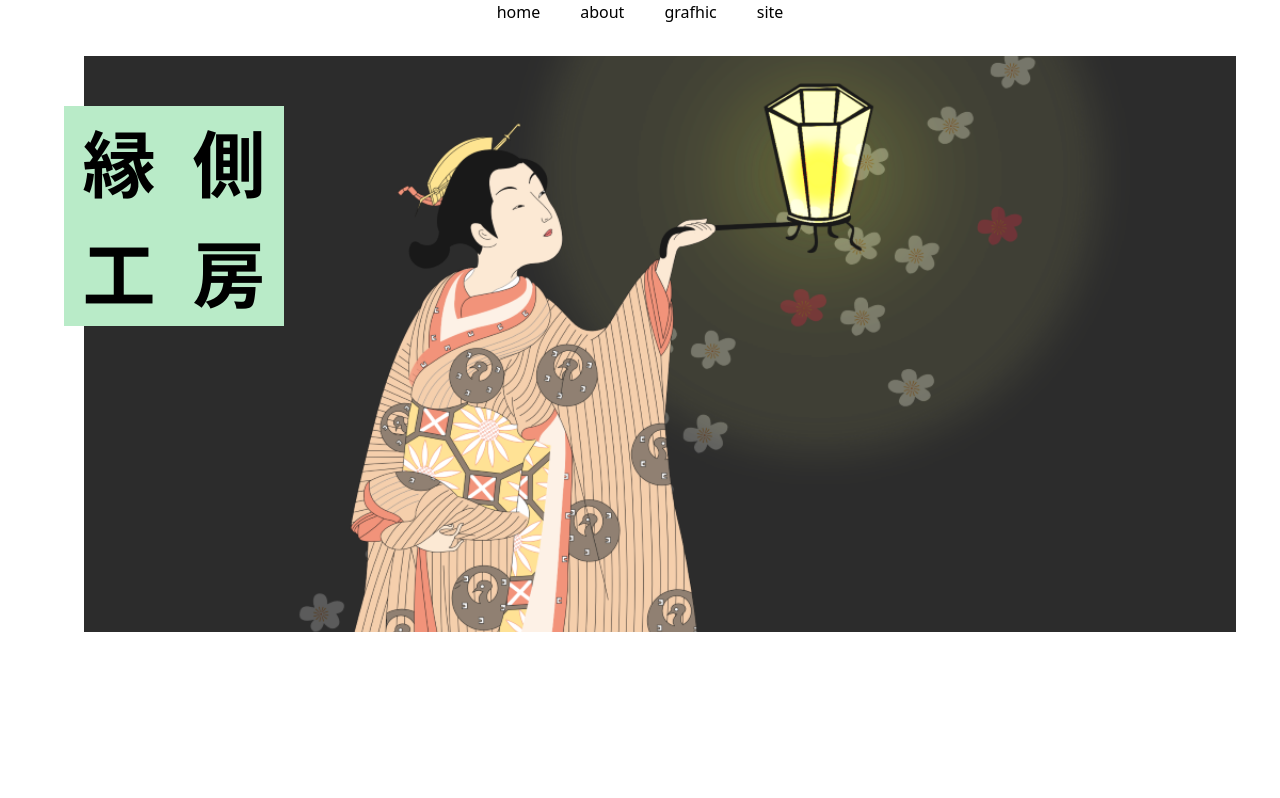
Repository: satoshi-create/next-express
Page: / (app in frontend/)
An editor plug-in stored every save of this project. The page is shown before and after the next save, followed by the edit.
The browser window is 1280 px wide. The pictures show the whole page.
The project was rebuilt for these pictures with package versions that can differ from the ones it lists, and the page was loaded fresh each time. The framework's server and built-in components were replaced by stand-ins that run in the browser. Also part of the build but not shown: frontend/next.config.js, frontend/next.config.mjs.

Above is the page before, as saved 2024-02-16 11:44:09.

### frontend/app/layout.tsx
import type { Metadata } from "next";
// import { Inter, Montserrat } from "next/font/google";
import "@/app/globals.css";
import Header from "@/app/ui/header";
import Footer from "@/app/ui/footer";

// const inter = Inter({ subsets: ["latin"] });

// const montserrat = Montserrat({ subsets: ["latin"] });

export const metadata: Metadata = {
  title: "Create Next App",
  description: "Generated by create next app",
};

export default function RootLayout({
  children,
}: Readonly<{
  children: React.ReactNode;
}>) {
  return (
    <html lang="ja">
      <body>
        <Header />
        {children}
        {/* <Footer /> */}
      </body>
    </html>
  );
}

### frontend/app/page.tsx
"use client";
import React, { useState, useEffect } from "react";
import Hero from "@/app/ui/hero";
import About from "@/app/ui/about";
import Cardwrpper from "@/app/ui/cardwrpper";
import axios from "axios";

interface User {
  id: number;
  name: string;
  email: string;
}

export default function Page() {
  // const apiUrl = process.env.NEXT_PUBLIC_API_URL || "http://localhost:4000";
  // const [users, setUsers] = useState<User[]>([]);
  // const [loading, setIsLoading] = useState(false);

  // console.log(loading);

  //fetch users
  // useEffect(() => {
  //   const fetchData = async () => {
  //     try {
  //       const response = await axios.get(`${apiUrl}/users`);
  //       setUsers(response.data.reverse());
  //     } catch (error) {
  //       console.error("Error fetching data:", error);
  //     }
  //   };

  //   fetchData();
  //   setIsLoading(true);
  // }, []);

  return (
    <main>
      {/* <p>test docker</p> */}
      <Hero />
      {/* <About /> */}
      {/* {loading ? (
        users.map((user, index) => {
          return <p key={index}>{user.name}</p>;
        })
      ) : (
        <div>loading...</div>
      )} */}
      {/* <Cardwrpper /> */}
    </main>
  );
}

### frontend/app/globals.css
@tailwind base;
@tailwind components;
@tailwind utilities;

:root {
  --transition: all 0.3s linear;
  --transition-slow: all 0.5s linear;
  --overlay: rgba(0, 0, 0, 0.72);
  --white: #fff;
  --black: #141414;
  --grey-02: #9f9f9f;
  --grey-01: #d8d8d8;
  --accent-clr-01: #ff9692;
  --accent-clr-02: #fff1f0;
  --accent-clr-03: #fd3a33;
  --primary-green-01: #7fbe92;
  --primary-green-02: #b9ebc8;
  --primary-green-03: #e5ffed;
  --primary-green-04: #f1fff5;
  --primary-green-05: #fff6f2;
  --primary-blue-01: #9ad7e3;
  --primary-blue-02: #e3f7fb;
}

body {
}

.parts-grid {
  display: grid;
  grid-template-columns: 1fr min(calc(100vw - (5vw * 2)), 1200px) 1fr;
}

.parts-grid > * {
  grid-column: 2;
}

header {
  font-family: var(--font-montserrat);
}

.hero-grid {
  display: grid;
  grid-template-areas: "A B C" "D E F" "G H J" "K L M";
  grid-template-rows: 50px repeat(3, 1fr);
  grid-template-columns: 30px repeat(2, 1fr);
}
.hero-logo {
  grid-area: D;
}

### frontend/app/ui/header.tsx
import Link from "next/link";
export default function Header() {
  return (
    <ul className="flex gap-10 text-center justify-center">
      <li>
        <Link href="/">home</Link>
      </li>
      <li>
        <Link href="about">about</Link>
      </li>
      <li>
        <Link href="grafhic">grafhic</Link>
      </li>
      <li>
        <Link href="site">site</Link>
      </li>
    </ul>
  );
}

### frontend/app/ui/hero.tsx
import Link from "next/link";
import Image from "next/image";
import { Noto_Sans_JP } from "next/font/google";

const notosansjp = Noto_Sans_JP({ subsets: ["latin"] });

export default function Hero() {
  return (
    <section className={`parts-grid py-8`}>
      <div className="hero-grid">
        <figure
          style={{ position: "relative", width: "100%", height: "80vh" }}
          className="row-span-full col-span-full ml-5 opacity-90"
        >
          <Image
            src="/yorunoume.png"
            layout="fill"
            objectFit="cover"
            alt="hero image"
          />
        </figure>
        <div
          className={`grid hero-logo grid-cols-2 place-items-center z-10  bg-primary-green-02 w-herologo h-herologo ${notosansjp.className} text-herologo font-bold relative`}
        >
          <h1>縁</h1>
          <h1>側</h1>
          <h1>工</h1>
          <h1>房</h1>
          <div className="absolute bottom--6 right--6">
            <div className="w-herobar h-herobar bg-primary-green-02 "></div>
            <div className="w-herobar h-herobar bg-primary-green-02"></div>
          </div>
        </div>
      </div>
    </section>
  );
}

### frontend/tailwind.config.ts
import type { Config } from "tailwindcss";

const config: Config = {
  content: [
    "./pages/**/*.{js,ts,jsx,tsx,mdx}",
    "./components/**/*.{js,ts,jsx,tsx,mdx}",
    "./app/**/*.{js,ts,jsx,tsx,mdx}",
  ],
  theme: {
    extend: {
      fontSize: {
        headertitle: "clamp(1.25rem,.8889rem + 1.5408vw,1.875rem)",
        navtext: "clamp(1rem,.25rem + 1.5625vw,1.25rem)",
        herologo: "clamp(3.4375rem,2.7875rem + 2.7735vw,4.5625rem)",
      },
      width: {
        herologo: "clamp(10.3125rem,8.3263rem + 8.4746vw,13.75rem)",
        herobar: "clamp(4.875rem,3.9361rem + 4.0062vw,6.5rem)",
      },
      height: {
        herologo: "clamp(10.3125rem,8.3263rem + 8.4746vw,13.75rem)",
        herobar: "clamp(.625rem,.4444rem + .7704vw,.9375rem)",
      },
      colors: {
        "accent-clr-01": "var(--accent-clr-01)",
        "accent-clr-02": "var(--accent-clr-02)",
        "accent-clr-03": "var(--accent-clr-03)",
        "primary-green-01": "var(--primary-green-01)",
        "primary-green-02": "var(--primary-green-02)",
        "primary-green-03": "var(--primary-green-04)",
        "primary-green-04": "var(--primary-green-04)",
        "primary-green-05": "var(--primary-green-05)",
        "primary-blue-01": "var(----primary-blue-01)",
        "primary-blue-02": "var(----primary-blue-02)",
      },
    },
  },
  plugins: [],
};
export default config;

After the next save:
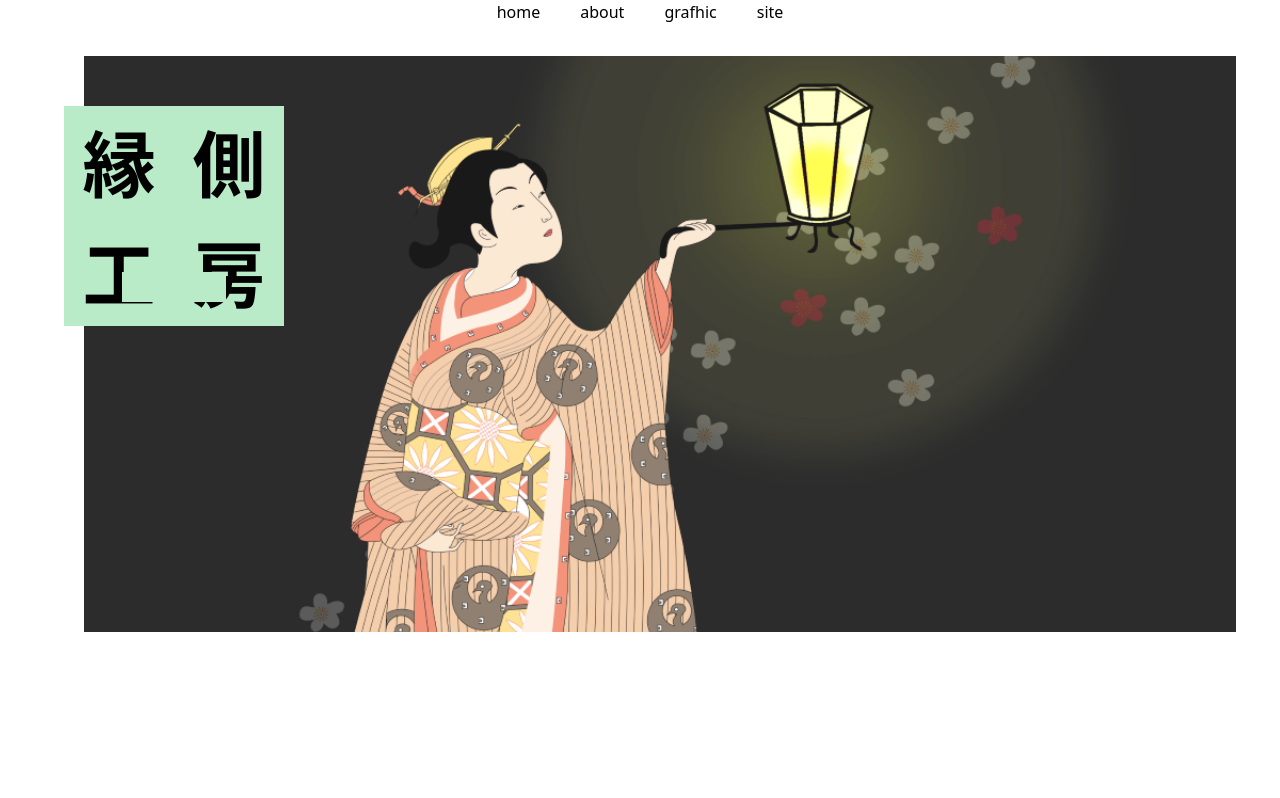
Saved 51 s later.
--- a/frontend/app/ui/hero.tsx
+++ b/frontend/app/ui/hero.tsx
@@ -26,7 +26,7 @@
           <h1>側</h1>
           <h1>工</h1>
           <h1>房</h1>
-          <div className="absolute bottom--6 right--6">
+          <div className="absolute bottom-6 right--6">
             <div className="w-herobar h-herobar bg-primary-green-02 "></div>
             <div className="w-herobar h-herobar bg-primary-green-02"></div>
           </div>

After the 2 saves that followed:
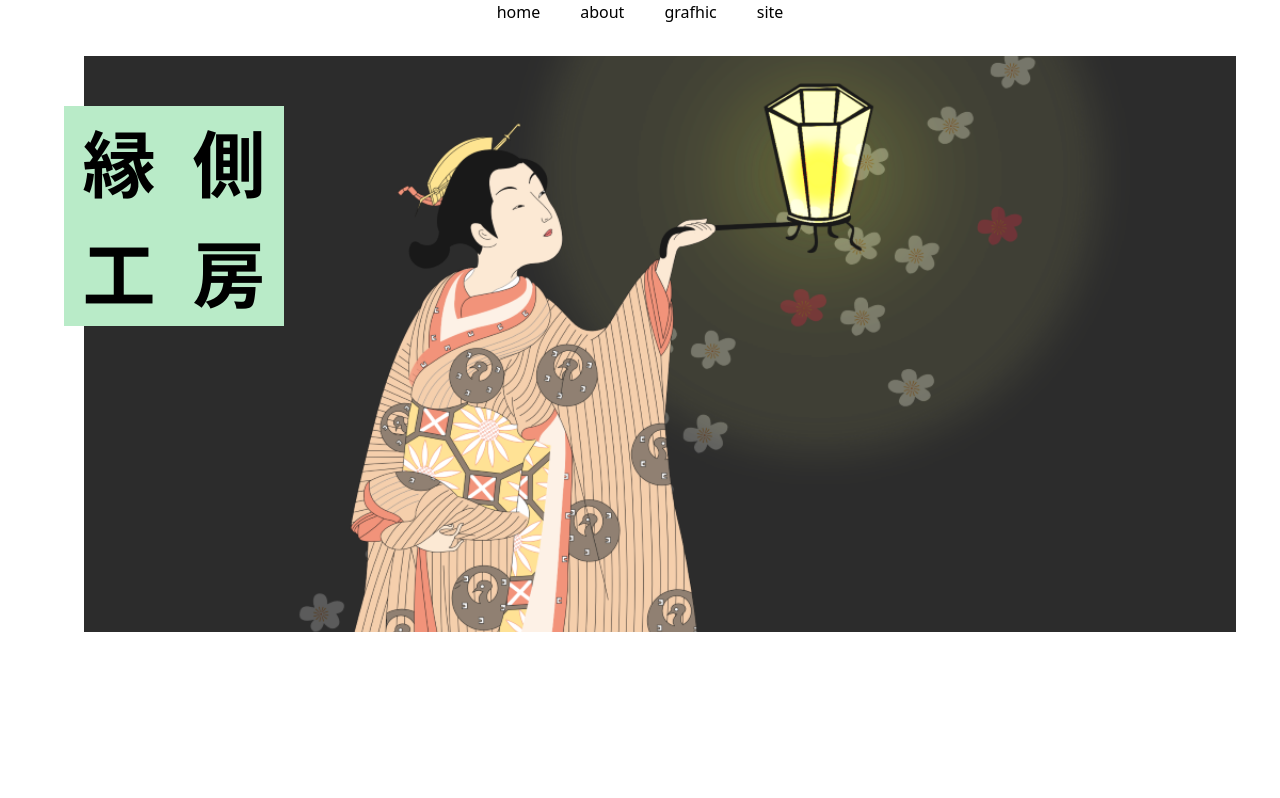
The 2 saves are shown as one change because 1 left the picture as it was.
The last was saved 10 s later.
--- a/frontend/app/ui/hero.tsx
+++ b/frontend/app/ui/hero.tsx
@@ -26,7 +26,7 @@
           <h1>側</h1>
           <h1>工</h1>
           <h1>房</h1>
-          <div className="absolute bottom-6 right--6">
+          <div className="absolute bottom--6">
             <div className="w-herobar h-herobar bg-primary-green-02 "></div>
             <div className="w-herobar h-herobar bg-primary-green-02"></div>
           </div>
